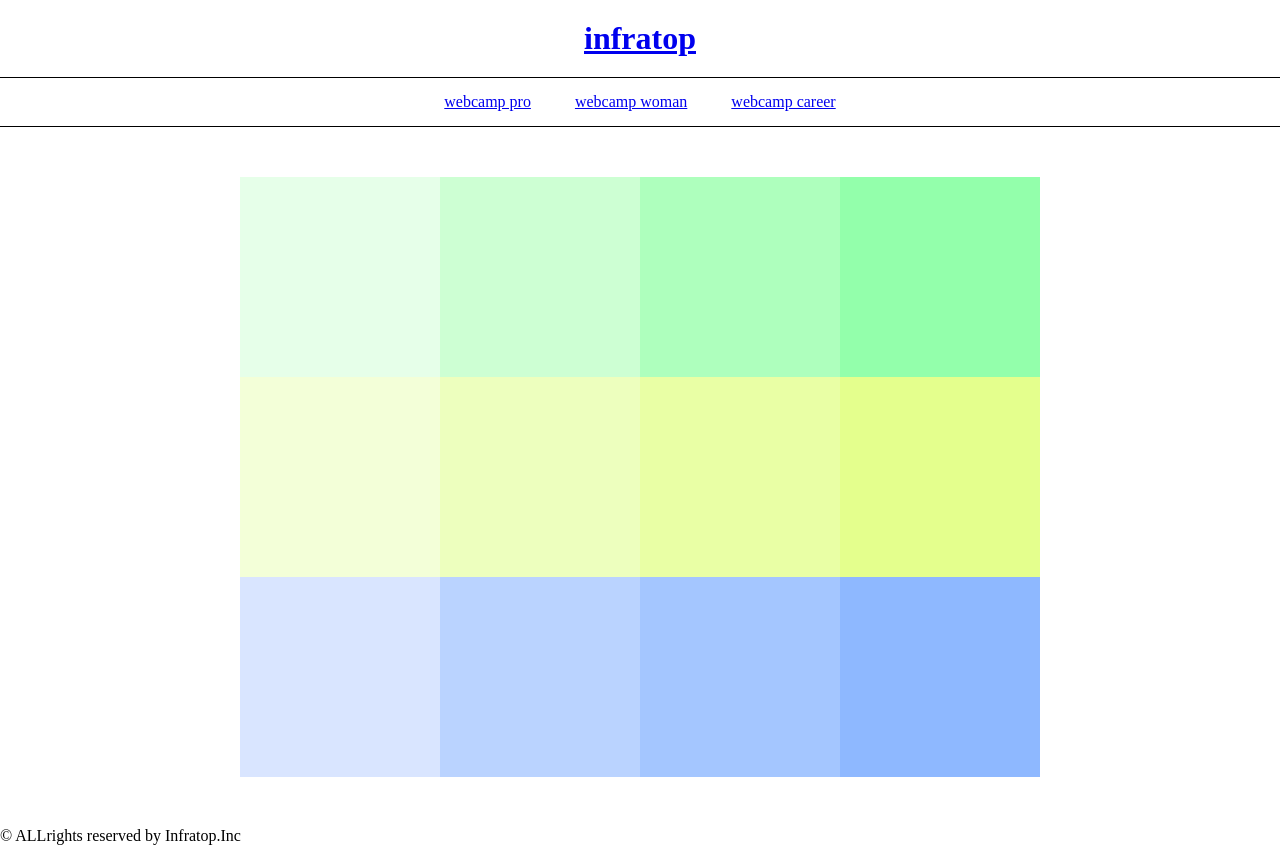
Repository: matsumurashin/flex
Page: chapter5-exercise/chap5.html
The author's editor kept a record of every edit. The page is drawn from the files as they stood at one moment, then again after the next edit.
The browser window is 1280 px wide. The pictures show the whole page.

Above is the page before.

After the next edit:
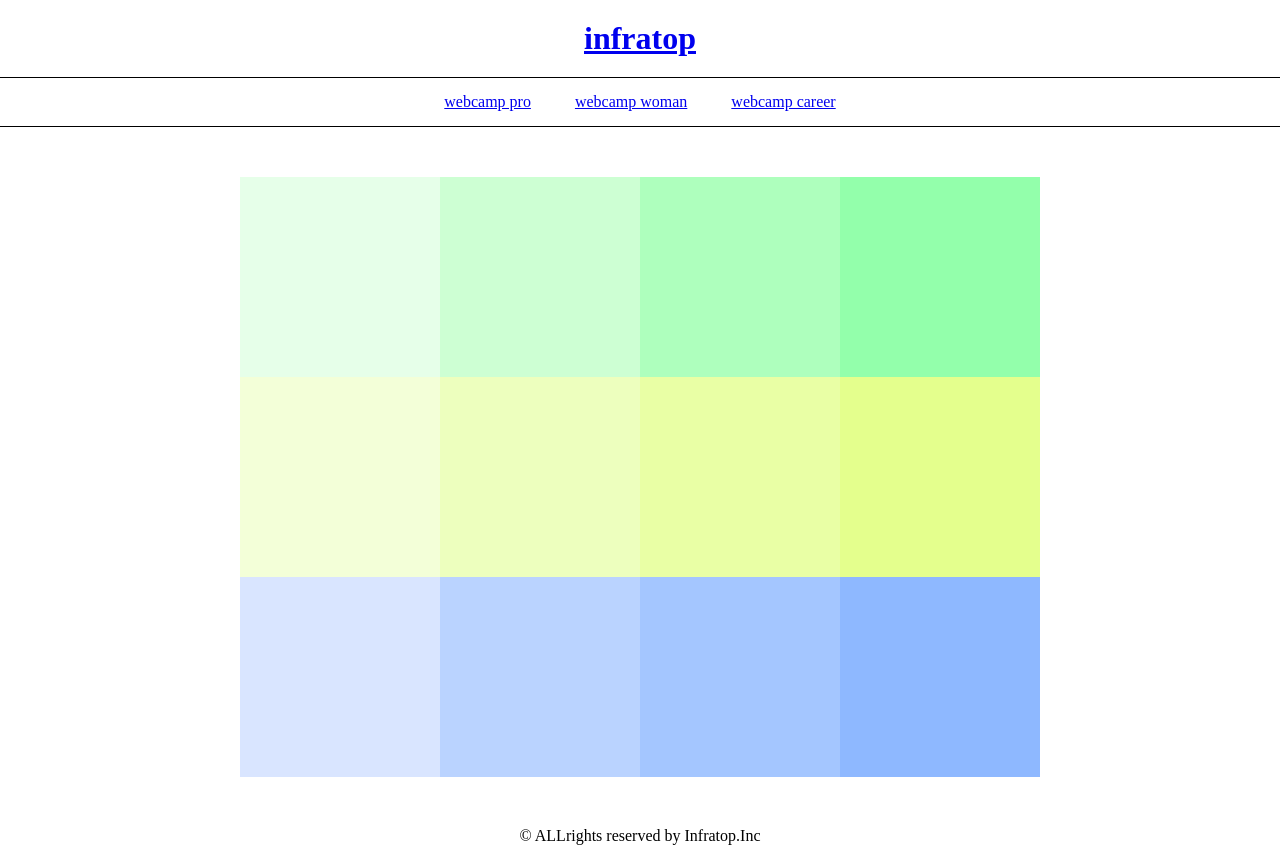
The edit:
--- a/chapter5-exercise/chap5.css
+++ b/chapter5-exercise/chap5.css
@@ -102,7 +102,8 @@
   height: 200px;
   background-color: #8eb8ff;
 }
-dooter {
+
+footer {
   width: 100%;
   heigth: 120px;
   text-align: center;
